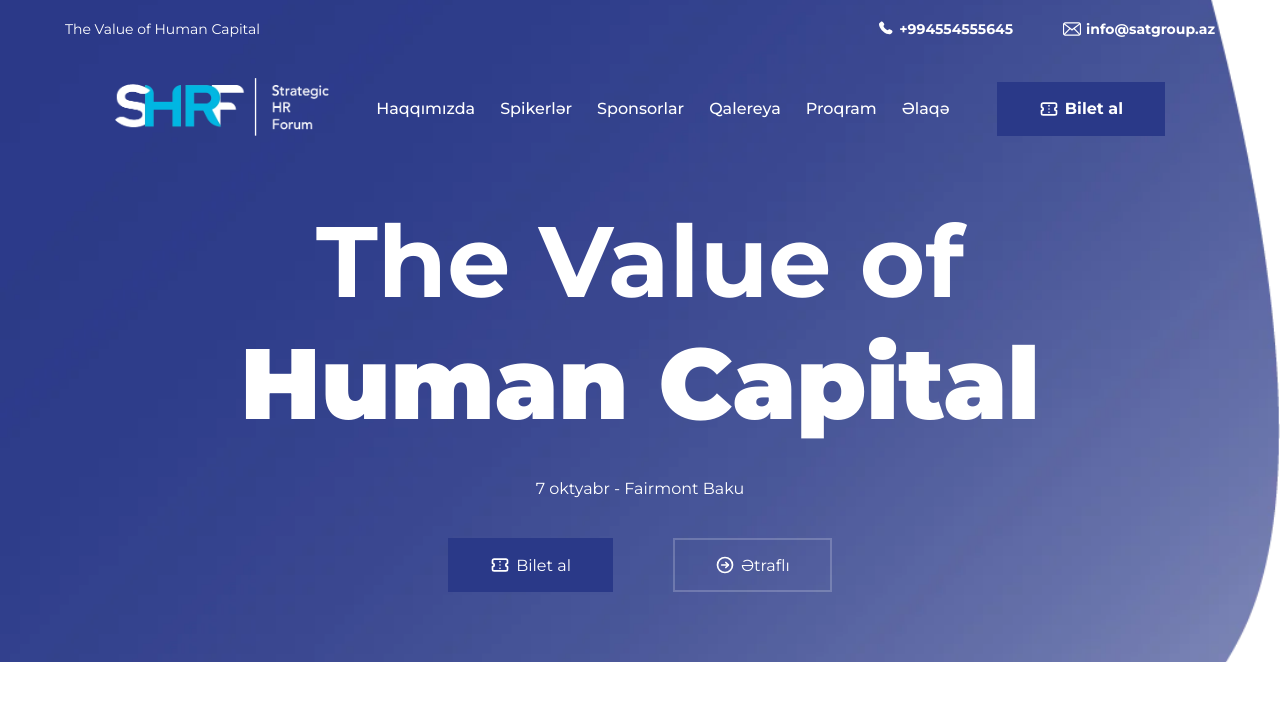
Repository: allahverdiyevabdulhasan/shrf
Page: /
An editor plug-in stored every save of this project. The page is shown before and after the next save, followed by the edit.
The browser window is 1280 px wide. The pictures show the whole page.
The project was rebuilt for these pictures with package versions that can differ from the ones it lists, and the page was loaded fresh each time. Also part of the build but not shown: vite.config.js, src/App.css.

Above is the page before, as saved 2024-08-16 10:45:03.

After the next save:
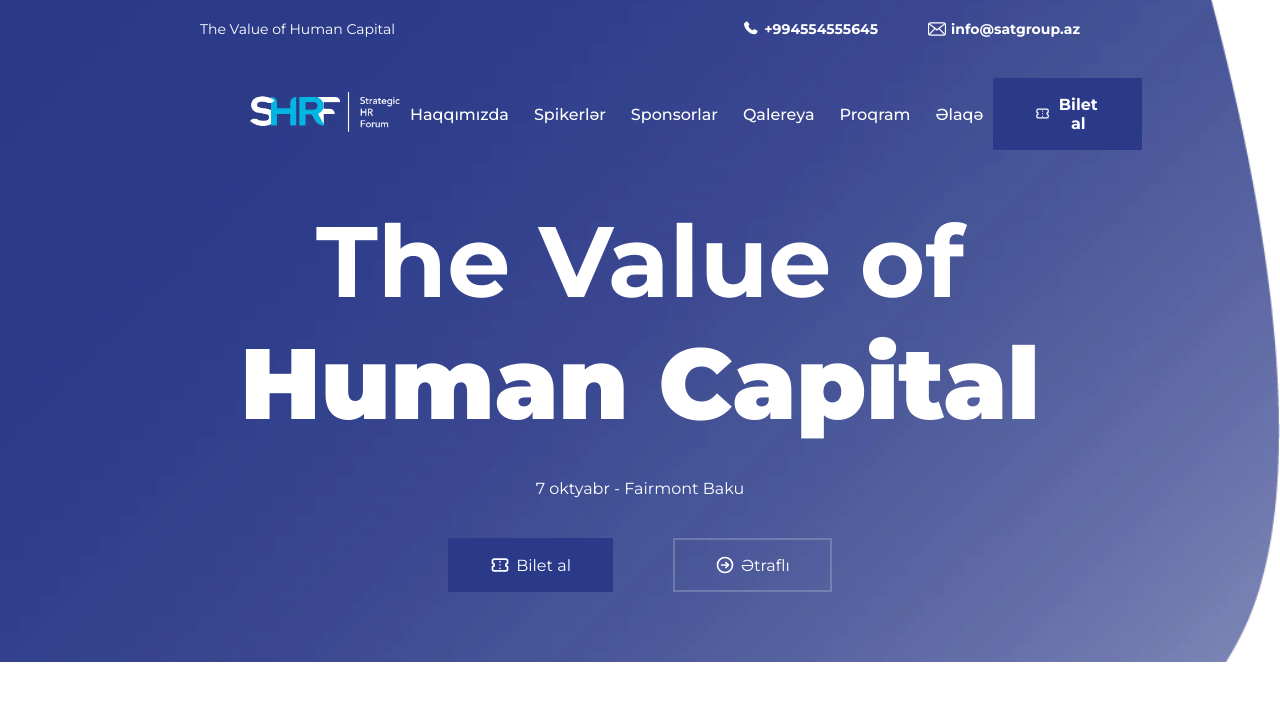
Saved 32 s later.
--- a/src/index.css
+++ b/src/index.css
@@ -27,7 +27,7 @@ button {
 }
 
 .container {
-  max-width: 1170px;
+  max-width: clamp(900px, 10vw, 1170px);
   margin: 0 auto;
   padding: 0 10px;
 }
